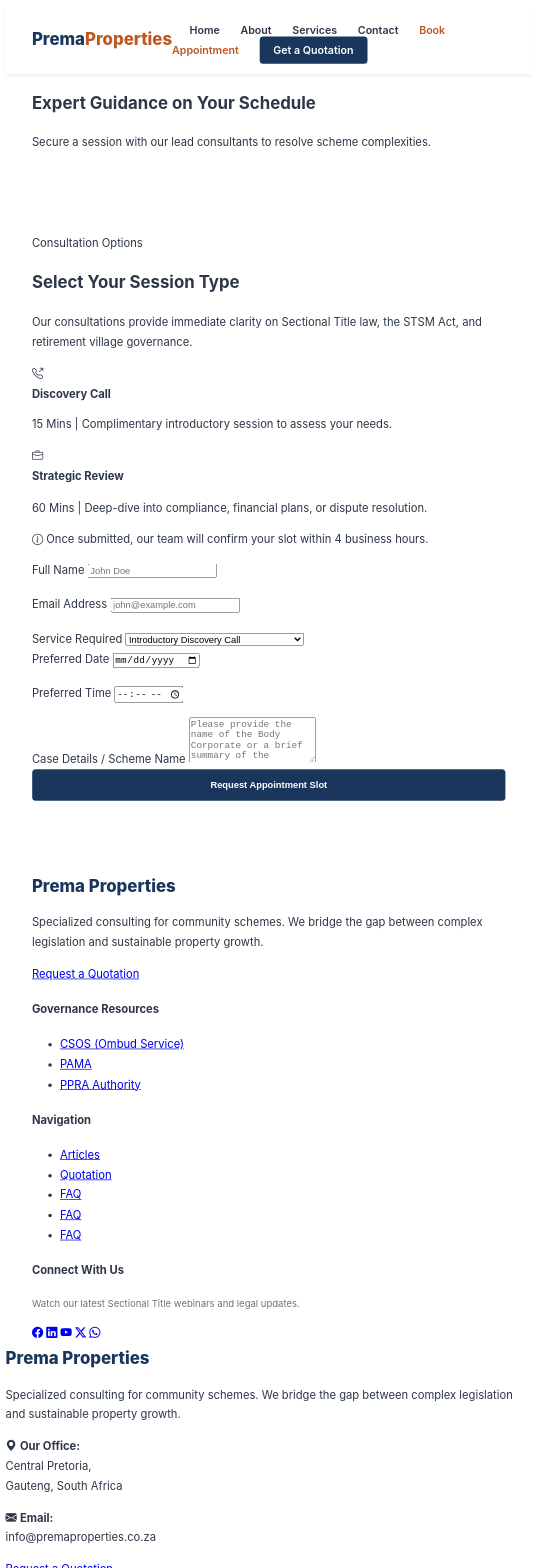
Repository: mnqobiMenzi/Prema-Properties
Page: appointment.html
An editor plug-in stored every save of this project. The page is shown before and after the next save, followed by the edit.
The browser window is 768 px wide. The pictures show the part of the page from y = 0 to 2240 px (the page is 2317 px tall before and 2875 px after), at 70% of full size.

Above is the page before, as saved 2026-02-10 12:45:08.

### appointment.html
<!DOCTYPE html>
<html lang="en">
<head>
  <meta charset="UTF-8">
  <meta name="viewport" content="width=device-width, initial-scale=1.0">
  <title>Book a Consultation | Prema Properties</title>
  <link rel="stylesheet" href="CSS/style.css">
  <link rel="stylesheet" href="https://cdn.jsdelivr.net/npm/bootstrap-icons@1.13.1/font/bootstrap-icons.min.css">
</head>
<body>

  <header class="main-header">
    <div class="container header-flex">
      <div class="logo">Prema<span>Properties</span></div>
      <nav>
        <a href="index.html">Home</a>
        <a href="about-us.html">About</a>
        <a href="services.html">Services</a>
        <a href="contact-us.html">Contact</a>
        <a href="appointment.html" class="active">Book Appointment</a>
        <a href="quote.html" class="nav-btn">Get a Quotation</a>
      </nav>
    </div>
  </header>

  <section class="appointment-hero-v2">
    <div class="container">
      <h1>Expert Guidance on Your Schedule</h1>
      <p>Secure a session with our lead consultants to resolve scheme complexities.</p>
    </div>
  </section>

  <section class="section-padding">
    <div class="container">
      <div class="appointment-wrapper">

        <div class="appointment-info-box">
          <span class="label">Consultation Options</span>
          <h2>Select Your Session Type</h2>
          <p>Our consultations provide immediate clarity on Sectional Title law, the STSM Act, and retirement village governance.</p>

          <div class="meeting-card-list">
            <div class="m-card">
              <div class="m-icon"><i class="bi bi-telephone-outbound"></i></div>
              <div>
                <strong>Discovery Call</strong>
                <p>15 Mins | Complimentary introductory session to assess your needs.</p>
              </div>
            </div>

            <div class="m-card featured-m">
              <div class="m-icon"><i class="bi bi-briefcase"></i></div>
              <div>
                <strong>Strategic Review</strong>
                <p>60 Mins | Deep-dive into compliance, financial plans, or dispute resolution.</p>
              </div>
            </div>
          </div>

          <div class="process-note">
            <p><i class="bi bi-info-circle"></i> Once submitted, our team will confirm your slot within 4 business hours.</p>
          </div>
        </div>

        <div class="booking-form-card">
          <form id="appointmentForm">
            <div class="form-row">
              <div class="form-group">
                <label>Full Name</label>
                <input type="text" placeholder="John Doe" required>
              </div>
              <div class="form-group">
                <label>Email Address</label>
                <input type="email" placeholder="john@example.com" required>
              </div>
            </div>

            <div class="form-group">
              <label>Service Required</label>
              <select required>
                <option value="intro">Introductory Discovery Call</option>
                <option value="compliance">Full Compliance Audit Review</option>
                <option value="dispute">Mediation & Dispute Session</option>
                <option value="retirement">Retirement Scheme Life Right Advisory</option>
              </select>
            </div>

            <div class="form-row">
              <div class="form-group">
                <label>Preferred Date</label>
                <input type="date" required>
              </div>
              <div class="form-group">
                <label>Preferred Time</label>
                <input type="time" required>
              </div>
            </div>

            <div class="form-group">
              <label>Case Details / Scheme Name</label>
              <textarea placeholder="Please provide the name of the Body Corporate or a brief summary of the matter..." rows="4"></textarea>
            </div>

            <button type="submit" class="submit-btn-v2">Request Appointment Slot</button>
          </form>
        </div>

      </div>
    </div>
  </section>

  <div id="footer-placeholder"></div>
  <script src="JavaScript/script.js"></script>
</body>
</html>

### CSS/style.css
/* --- Core Styles --- */
:root {
  --primary: #1a365d;
  --secondary: #c05621;
  --text: #2d3748;
  --white: #ffffff;
  --gray: #f7fafc;
  --transition: all 0.3s ease;
}

body {
  font-family: 'Inter', sans-serif;
  color: var(--text);
  line-height: 1.8;
}

.container { width: 90%; max-width: 1200px; margin: 0 auto; }
.section-padding { padding: 100px 0; }
.light-gray { background: var(--gray); }

/* --- Header --- */
.main-header {
  background: var(--white);
  padding: 20px 0;
  box-shadow: 0 4px 6px -1px rgba(0,0,0,0.1);
  position: sticky;
  top: 0; z-index: 1000;
}

.header-flex { display: flex; justify-content: space-between; align-items: center; }

.logo { font-size: 1.5rem; font-weight: 800; color: var(--primary); }
.logo span { color: var(--secondary); }

nav a {
  text-decoration: none;
  color: var(--text);
  font-weight: 600;
  margin-left: 25px;
  font-size: 0.95rem;
  transition: var(--transition);
}

nav a:hover, nav a.active { color: var(--secondary); }

.nav-btn {
  background: var(--primary);
  color: white !important;
  padding: 10px 20px;
  border-radius: 5px;
}

/* --- Hero v2 --- */
.hero-v2 {
  background: url('../images/Sectional-Title-Disputes.jpg') center/cover no-repeat;
  height: 85vh;
  position: relative;
}

.hero-overlay {
  background: linear-gradient(to right, rgba(26, 54, 93, 0.9), rgba(26, 54, 93, 0.4));
  height: 100%;
  display: flex;
  align-items: center;
  color: white;
}

.badge {
  background: var(--secondary);
  padding: 5px 15px;
  border-radius: 50px;
  font-size: 0.8rem;
  font-weight: bold;
  text-transform: uppercase;
}

.hero-v2 h1 { font-size: 3.5rem; margin: 20px 0; line-height: 1.2; max-width: 700px; }
.hero-v2 p { font-size: 1.25rem; max-width: 600px; margin-bottom: 30px; opacity: 0.9; }

.btn-main {
  background: var(--secondary);
  color: white;
  padding: 15px 35px;
  text-decoration: none;
  font-weight: bold;
  border-radius: 5px;
  display: inline-block;
}

.btn-outline {
  border: 2px solid white;
  color: white;
  padding: 13px 35px;
  text-decoration: none;
  border-radius: 5px;
  margin-left: 15px;
}

/* --- Trust Bar --- */
.trust-bar { background: var(--primary); color: white; padding: 30px 0; }
.trust-bar .container { display: flex; justify-content: space-around; text-align: center; }
.trust-item strong { display: block; font-size: 1.8rem; color: var(--secondary); }

/* --- Grid & Cards --- */
.split-grid { display: grid; grid-template-columns: 1fr 1fr; gap: 80px; align-items: center; }

.services-grid-v2 {
  display: grid;
  grid-template-columns: repeat(auto-fit, minmax(250px, 1fr));
  gap: 30px;
  margin-top: 50px;
}

.s-card {
  background: white;
  padding: 40px;
  border-radius: 10px;
  box-shadow: 0 10px 15px rgba(0,0,0,0.05);
  transition: var(--transition);
}

.s-card:hover { transform: translateY(-10px); }
.s-card i { font-size: 2.5rem; color: var(--secondary); margin-bottom: 20px; display: block; }
.s-card h3 { margin-bottom: 15px; color: var(--primary); }

.image-deco img {
  width: 100%;
  border-radius: 15px;
  box-shadow: 30px 30px 0 var(--gray), 31px 31px 0 var(--primary);
}

/* Responsive */
@media (max-width: 768px) {
  .hero-v2 h1 { font-size: 2.2rem; }
  .split-grid { grid-template-columns: 1fr; }
  .hero-actions { display: flex; flex-direction: column; gap: 15px; }
  .btn-outline { margin-left: 0; }
}

/* About Page Specifics */
.about-hero-v2 {
  background: linear-gradient(rgba(26, 54, 93, 0.9), rgba(26, 54, 93, 0.9)), url('../images/office-bg.jpg');
  padding: 100px 0;
  text-align: center;
  color: white;
}

.about-intro {
  max-width: 800px;
  margin: 0 auto 60px;
  text-align: center;
}

.about-intro h2 {
  color: var(--primary);
  margin-bottom: 20px;
}

.values-grid {
  display: grid;
  grid-template-columns: repeat(auto-fit, minmax(280px, 1fr));
  gap: 30px;
}

.value-item i {
  font-size: 2.5rem;
  color: var(--secondary);
  margin-bottom: 15px;
  display: block;
}

/* Director Card Layout */
.director-card {
  display: grid;
  grid-template-columns: 1fr 1.5fr;
  gap: 60px;
  background: white;
  padding: 40px;
  border-radius: 15px;
  box-shadow: 0 20px 40px rgba(0,0,0,0.05);
  align-items: center;
}

.director-image {
  position: relative;
}

.exp-seal {
  position: absolute;
  bottom: -20px;
  right: -20px;
  background: var(--secondary);
  color: white;
  padding: 15px;
  border-radius: 50%;
  font-weight: bold;
  font-size: 0.9rem;
  box-shadow: 0 10px 20px rgba(192, 86, 33, 0.3);
}

.linkedin-link {
  display: inline-flex;
  align-items: center;
  gap: 10px;
  color: var(--primary);
  text-decoration: none;
  font-weight: bold;
  margin-top: 20px;
}

/* --- Contact Page Specifics --- */
.contact-hero-v2 {
  background: var(--primary);
  color: white;
  padding: 80px 0;
  text-align: center;
}

.contact-wrapper {
  display: grid;
  grid-template-columns: 1fr 1.2fr;
  gap: 80px;
  align-items: start;
}

/* Info Details */
.info-item {
  display: flex;
  gap: 20px;
  margin-bottom: 30px;
  align-items: flex-start;
}

.info-item i {
  font-size: 1.5rem;
  color: var(--secondary);
  background: var(--gray);
  padding: 12px;
  border-radius: 10px;
}

.info-item strong {
  display: block;
  font-size: 1.1rem;
  color: var(--primary);
}

/* Form Styling */
.contact-form-card {
  background: white;
  padding: 50px;
  border-radius: 15px;
  box-shadow: 0 30px 60px rgba(0,0,0,0.1);
}

.form-title {
  margin-bottom: 30px;
  color: var(--primary);
  font-weight: 700;
}

.form-row {
  display: grid;
  grid-template-columns: 1fr 1fr;
  gap: 20px;
  margin-bottom: 20px;
}

.submit-btn-v2 {
  width: 100%;
  background: var(--primary);
  color: white;
  padding: 15px;
  border: none;
  border-radius: 5px;
  font-weight: bold;
  cursor: pointer;
  transition: var(--transition);
}

.submit-btn-v2:hover {
  background: var(--secondary);
  transform: translateY(-2px);
}

@media (max-width: 992px) {
  .contact-wrapper { grid-template-columns: 1fr; gap: 50px; }
  .form-row { grid-template-columns: 1fr; }
}

/* Services Specific Styles */
.services-hero-v2 {
  background: var(--primary);
  padding: 80px 0;
  text-align: center;
  color: white;
}

.s-list {
  list-style: none;
  padding: 0;
  margin-top: 20px;
  border-top: 1px solid #eee;
  padding-top: 20px;
}

.s-list li {
  font-size: 0.9rem;
  margin-bottom: 10px;
  display: flex;
  align-items: center;
  gap: 10px;
  color: var(--text);
}

.s-list i {
  color: var(--secondary);
  font-size: 1rem;
  margin: 0; /* Override s-card i margin */
}

.services-cta {
  background: var(--gray);
  padding: 80px 0;
  text-align: center;
}

.center-text h2 {
  color: var(--primary);
  margin-bottom: 20px;
}

/* --- Articles Page Styles --- */
.articles-hero {
  background: var(--gray);
  padding: 60px 0;
  border-bottom: 1px solid #eee;
}

.category-tag {
  background: var(--secondary);
  color: white;
  padding: 4px 12px;
  border-radius: 4px;
  font-size: 0.75rem;
  font-weight: 700;
  text-transform: uppercase;
  display: inline-block;
  margin-bottom: 15px;
}

/* Featured Post Layout */
.featured-post-v2 {
  display: grid;
  grid-template-columns: 1fr 1fr;
  gap: 50px;
  background: white;
  border-radius: 15px;
  overflow: hidden;
  box-shadow: 0 20px 40px rgba(0,0,0,0.05);
  margin-bottom: 80px;
  align-items: center;
}

.featured-image img {
  width: 100%;
  height: 100%;
  object-fit: cover;
}

.featured-content { padding: 40px; }
.featured-content h2 { font-size: 2rem; color: var(--primary); margin-bottom: 20px; }

/* Grid Layout */
.articles-grid-v2 {
  display: grid;
  grid-template-columns: repeat(auto-fit, minmax(300px, 1fr));
  gap: 40px;
}

.post-card-v2 {
  background: white;
  padding: 30px;
  border-radius: 10px;
  border: 1px solid #eee;
  transition: var(--transition);
}

.post-card-v2:hover {
  border-color: var(--secondary);
  transform: translateY(-5px);
}

.card-meta {
  display: flex;
  justify-content: space-between;
  align-items: center;
  margin-bottom: 20px;
}

.inline-link {
  color: var(--secondary);
  text-decoration: none;
  font-weight: bold;
  font-size: 0.9rem;
}

@media (max-width: 768px) {
  .featured-post-v2 { grid-template-columns: 1fr; }
}

/* --- FAQ Styling --- */
.faq-hero {
  background: var(--primary);
  color: white;
  padding: 60px 0;
  text-align: center;
}

.faq-layout {
  display: grid;
  grid-template-columns: 250px 1fr;
  gap: 50px;
}

.faq-sidebar h3 {
  font-size: 1.2rem;
  color: var(--primary);
  margin-bottom: 20px;
}

.faq-sidebar ul { list-style: none; padding: 0; }
.faq-sidebar li { margin-bottom: 15px; }
.faq-sidebar a {
  text-decoration: none;
  color: var(--text);
  font-weight: 500;
  transition: var(--transition);
}
.faq-sidebar a.active, .faq-sidebar a:hover { color: var(--secondary); }

/* Accordion Logic */
.faq-item {
  border-bottom: 1px solid #eee;
  margin-bottom: 10px;
}

.faq-question {
  width: 100%;
  padding: 20px 0;
  background: none;
  border: none;
  display: flex;
  justify-content: space-between;
  align-items: center;
  font-size: 1.1rem;
  font-weight: 700;
  color: var(--primary);
  cursor: pointer;
  text-align: left;
}

.faq-question i {
  transition: transform 0.3s ease;
  color: var(--secondary);
}

.faq-answer {
  max-height: 0;
  overflow: hidden;
  transition: max-height 0.3s ease-out;
}

.faq-answer p {
  padding-bottom: 20px;
  color: var(--text);
  line-height: 1.6;
}

/* Open State */
.faq-item.active .faq-answer {
  max-height: 300px; /* Adjust as needed */
}

.faq-item.active .faq-question i {
  transform: rotate(45deg);
}

@media (max-width: 768px) {
  .faq-layout { grid-template-columns: 1fr; }
  .faq-sidebar { display: none; }
}

### JavaScript/script.js
document.addEventListener("DOMContentLoaded", function() {
    const footerPlaceholder = document.getElementById("footer-placeholder");

    if (footerPlaceholder) {
        fetch("footer.html")
            .then(response => {
                if (!response.ok) throw new Error("Footer file not found");
                return response.text();
            })
            .then(data => {
                footerPlaceholder.innerHTML = data;
            })
            .catch(err => {
                console.warn("Footer load failed. Error:", err);
                // Fallback text so you know it's trying to work
                footerPlaceholder.innerHTML = "<p style='text-align:center; padding:20px;'>Footer Loading...</p>";
            });
    }
});

### footer.html
<!DOCTYPE html>
<html lang="en">
<head>
    <meta charset="UTF-8">
    <meta name="viewport" content="width=device-width, initial-scale=1.0">
    <title>Document</title>
</head>
<body>
    <footer class="main-footer">
  <div class="container footer-grid">
    <div class="footer-column brand-info">
      <div class="logo">Prema Properties</div>
      <p>Specialized consulting for community schemes. We bridge the gap between complex legislation and sustainable property growth.</p>
      <a href="quote.html" class="footer-cta-btn">Request a Quotation</a>
    </div>

    <div class="footer-column">
      <h4>Governance Resources</h4>
      <ul>
        <li><a href="https://www.csos.org.za/" target="_blank">CSOS (Ombud Service)</a></li>
        <li><a href="https://www.pama.org.za/" target="_blank">PAMA</a></li>
        <li><a href="https://www.eaab.org.za/" target="_blank">PPRA Authority</a></li>
      </ul>
    </div>

    <div class="footer-column">
      <h4>Navigation</h4>
      <ul>
        <li><a href="articles.html">Articles</a></li>
        <li><a href="quote.html">Quotation</a></li>
        <li><a href="FAQ.html">FAQ</a></li>
        <li><a href="about-us.html">FAQ</a></li>
        <li><a href="contact-us.html">FAQ</a></li>
      </ul>
    </div>
    <div class="footer-column">
  <h4>Connect With Us</h4>
  <p style="font-size: 0.85rem; margin-bottom: 15px; opacity: 0.7;">
    Watch our latest Sectional Title webinars and legal updates.
  </p>
  <div class="social-icons">
    <a href="#" target="_blank" title="Facebook"><i class="bi bi-facebook"></i></a>
    <a href="#" target="_blank" title="LinkedIn"><i class="bi bi-linkedin"></i></a>
    <a href="#" target="_blank" title="YouTube"><i class="bi bi-youtube"></i></a>
    <a href="#" target="_blank" title="X (Twitter)"><i class="bi bi-twitter-x"></i></a>
    <a href="#" target="_blank" title="WhatsApp"><i class="bi bi-whatsapp"></i></a>
  </div>
</div>
  </div>
  <div class="footer-column brand-info">
  <div class="logo">Prema Properties</div>
  <p>Specialized consulting for community schemes. We bridge the gap between complex legislation and sustainable property growth.</p>

  <div class="footer-address">
    <p><i class="bi bi-geo-alt-fill"></i> <strong>Our Office:</strong><br>
    Central Pretoria,<br>
    Gauteng, South Africa</p>

    <p><i class="bi bi-envelope-fill"></i> <strong>Email:</strong><br>
    info@premaproperties.co.za</p>
  </div>

  <a href="quote.html" class="footer-cta-btn">Request a Quotation</a>
</div>
  <div class="footer-bottom">
    <div class="container"><p>&copy; 2026 Prema Properties.</p></div>
  </div>
</footer>
</body>
</html>

After the next save:
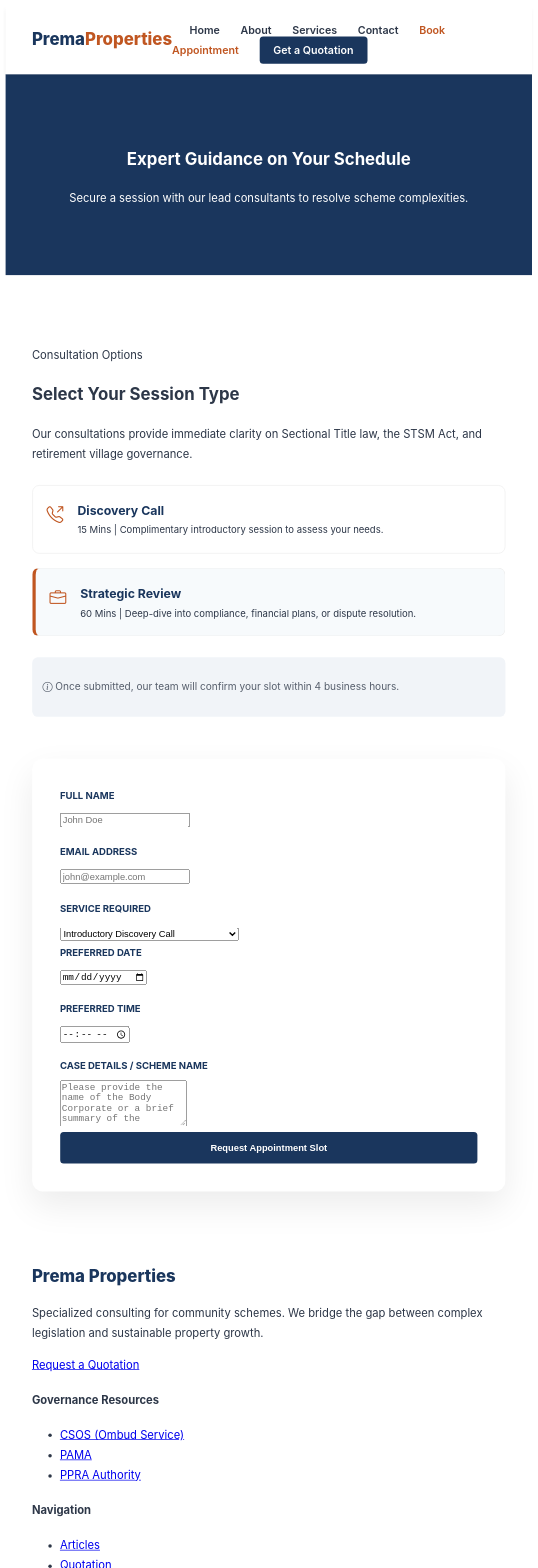
Saved 15 s later.
--- a/CSS/style.css
+++ b/CSS/style.css
@@ -490,3 +490,85 @@ nav a:hover, nav a.active { color: var(--secondary); }
   .faq-layout { grid-template-columns: 1fr; }
   .faq-sidebar { display: none; }
 }
+
+/* --- Appointment Page Styles --- */
+.appointment-hero-v2 {
+  background: var(--primary);
+  color: white;
+  padding: 80px 0;
+  text-align: center;
+}
+
+.appointment-wrapper {
+  display: grid;
+  grid-template-columns: 1fr 1.2fr;
+  gap: 60px;
+  align-items: start;
+}
+
+/* Meeting Card Styles */
+.meeting-card-list {
+  margin: 30px 0;
+}
+
+.m-card {
+  display: flex;
+  gap: 20px;
+  background: white;
+  padding: 20px;
+  border-radius: 10px;
+  margin-bottom: 20px;
+  border: 1px solid #eee;
+  transition: var(--transition);
+}
+
+.featured-m {
+  border-left: 5px solid var(--secondary);
+  background: var(--gray);
+}
+
+.m-icon i {
+  font-size: 1.5rem;
+  color: var(--secondary);
+}
+
+.m-card strong {
+  display: block;
+  color: var(--primary);
+  font-size: 1.1rem;
+}
+
+.m-card p {
+  font-size: 0.85rem;
+  margin: 0;
+}
+
+/* Form refinement */
+.booking-form-card {
+  background: white;
+  padding: 40px;
+  border-radius: 15px;
+  box-shadow: 0 20px 50px rgba(0,0,0,0.08);
+}
+
+.booking-form-card label {
+  display: block;
+  font-weight: 700;
+  font-size: 0.85rem;
+  color: var(--primary);
+  margin-bottom: 8px;
+  text-transform: uppercase;
+}
+
+.process-note {
+  font-size: 0.9rem;
+  color: var(--text);
+  opacity: 0.8;
+  padding: 15px;
+  background: #eef2f7;
+  border-radius: 8px;
+}
+
+@media (max-width: 992px) {
+  .appointment-wrapper { grid-template-columns: 1fr; }
+}
